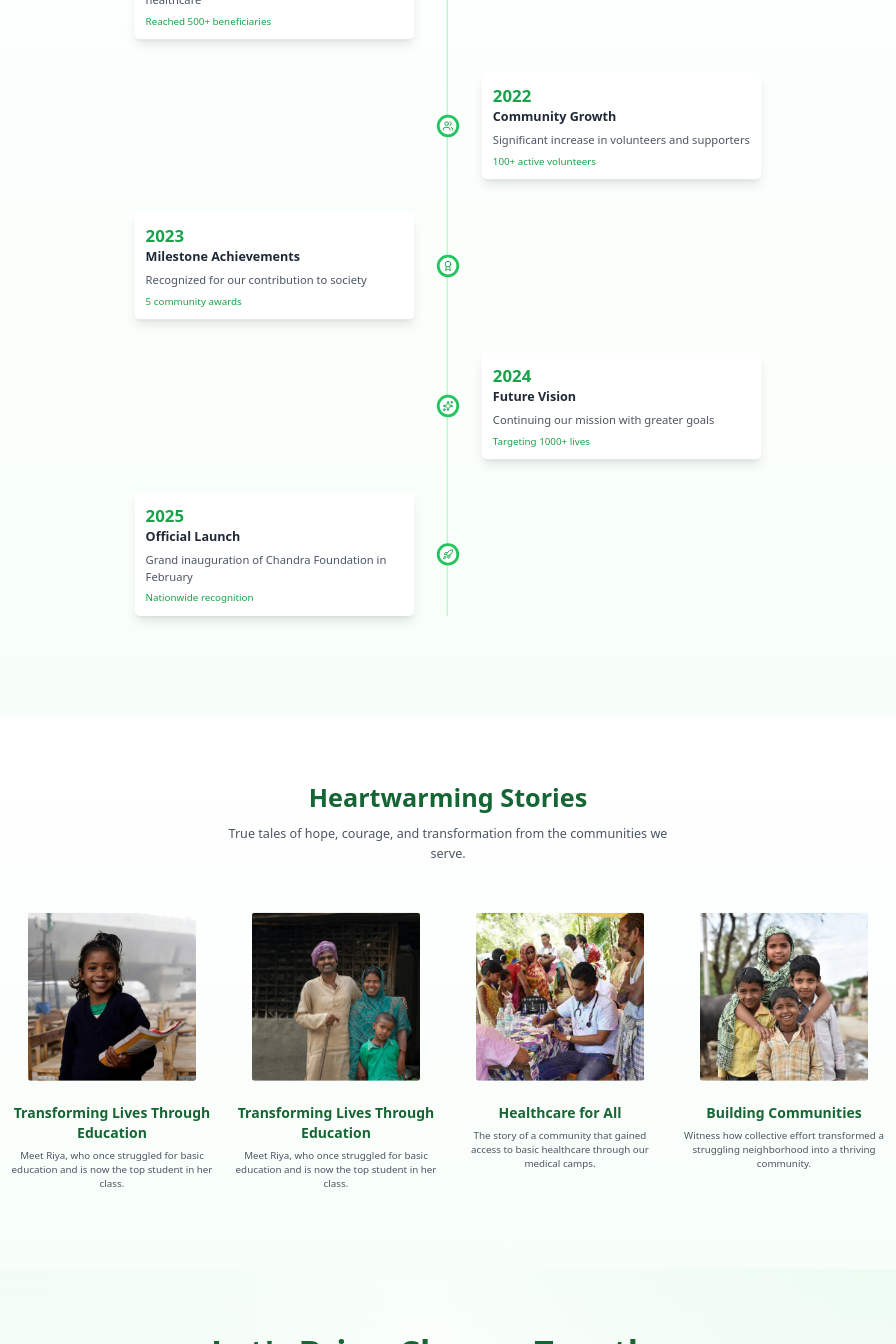
Repository: rajukumar2003/chandra-foundation
Page: /
These files come from the project's save history. The page is drawn as it stood at one moment and after the next save; the edit follows.
The browser window is 1280 px wide. The pictures show the part of the page from y = 4580 to 6500 px (the page is 7141 px tall), at 70% of full size.
The project was rebuilt for these pictures with package versions that can differ from the ones it lists, and the page was loaded fresh each time. The framework's server and built-in components were replaced by stand-ins that run in the browser. Also part of the build but not shown: next.config.ts.

Above is the page before, as saved 2025-04-15 09:08:59.

After the next save:
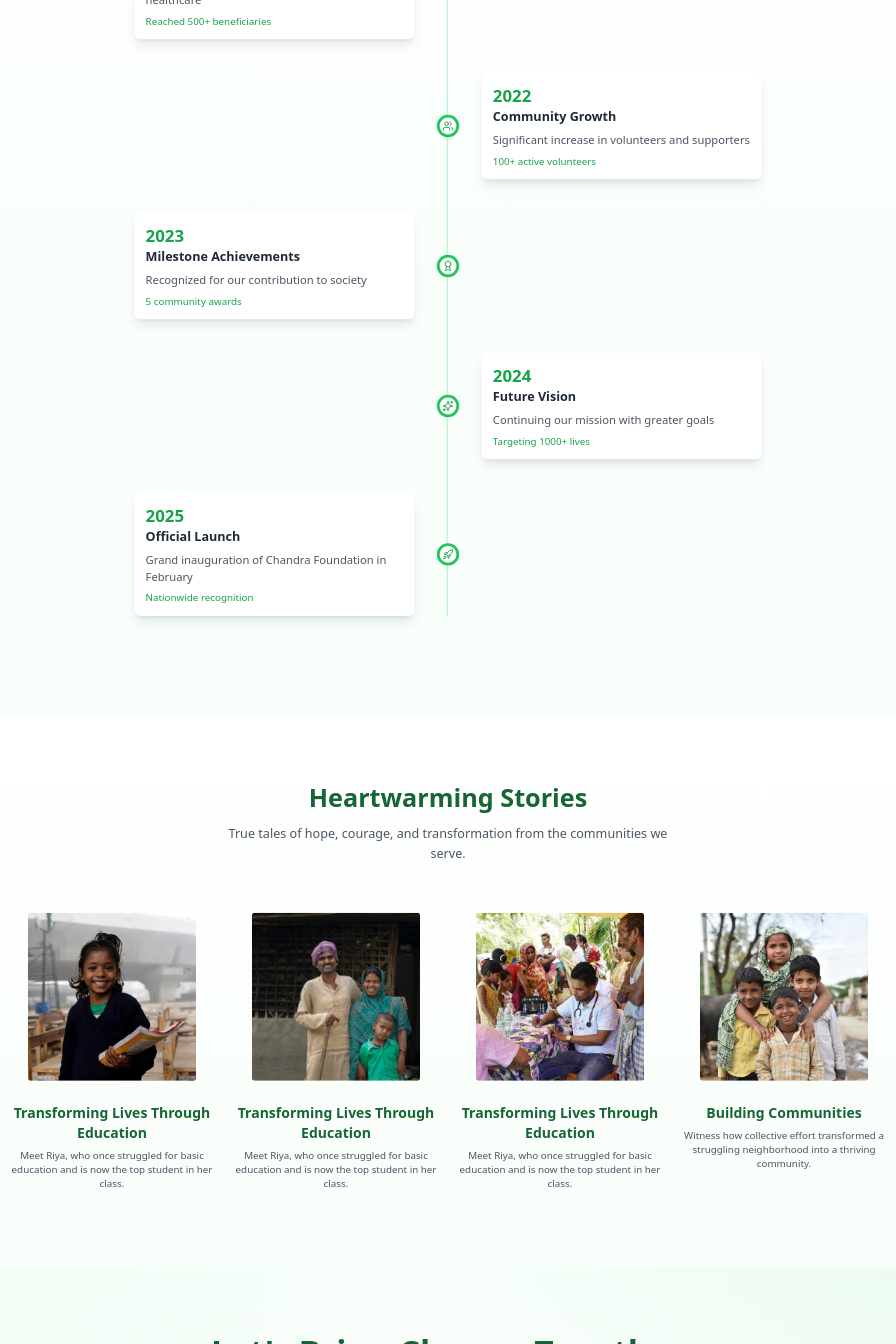
Saved 7 s later.
--- a/app/components/StorySection.tsx
+++ b/app/components/StorySection.tsx
@@ -49,8 +49,8 @@
     },
     {
       image: "/images/community_healthcare.jpg",
-      title: "Healthcare for All",
-      description: "The story of a community that gained access to basic healthcare through our medical camps.",
+      title: translations.story[1].title,
+      description: translations.story[1].desc,
       category: "Healthcare"
     },
     {
